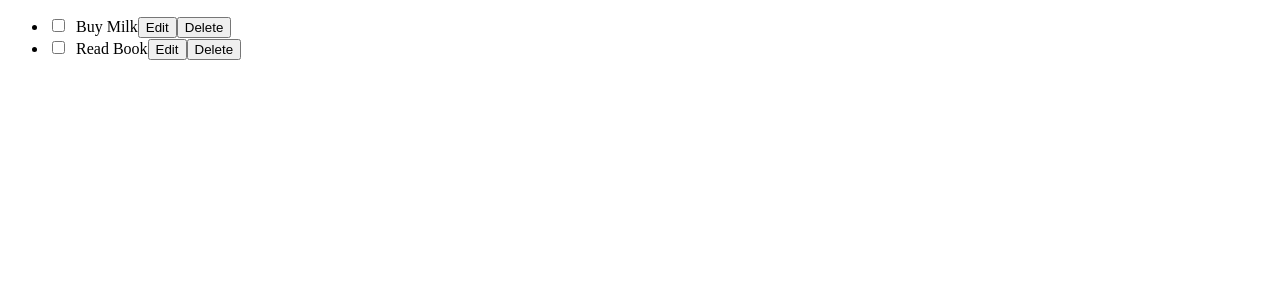
Repository: Vardhan1999/Daily-React-Apps
Page: /
The author's editor kept a copy of each file at every save. The page is drawn from the files as they stood at one save, then again after the next save.
The browser window is 1280 px wide. The pictures show the whole page.
The project was rebuilt for these pictures with package versions that can differ from the ones it lists, and the page was loaded fresh each time. Also part of the build but not shown: vite.config.js, src/index.css.

Above is the page before, as saved 2025-11-30 19:56:39.

After the next save:
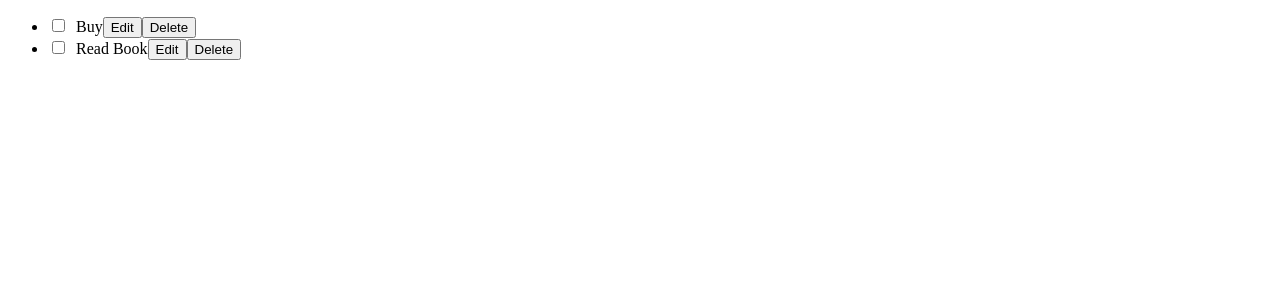
Saved 116 s later.
--- a/src/App.jsx
+++ b/src/App.jsx
@@ -2,7 +2,7 @@
 
 export default function App() {
     const [todos, setTodos] = useState([
-        { id: "t1", text: "Buy Milk", completed: false },
+        { id: "t1", text: "Buy", completed: false },
         { id: "t2", text: "Read Book", completed: false },
     ]);
 

After the save that followed:
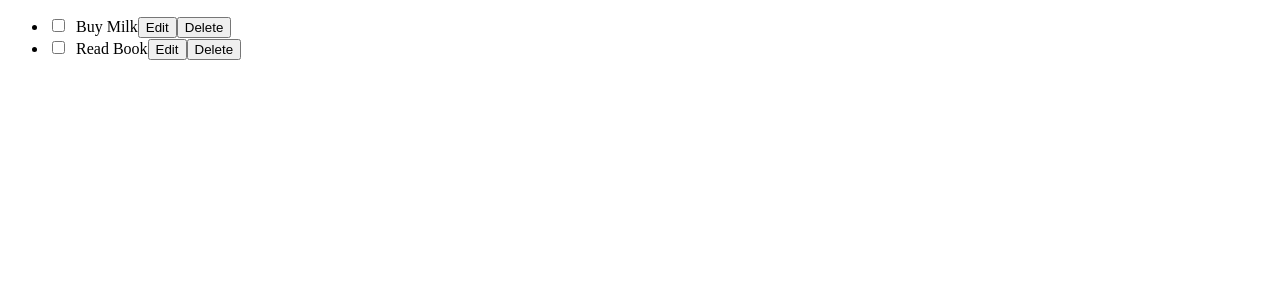
Saved 34 s later.
--- a/src/App.jsx
+++ b/src/App.jsx
@@ -2,7 +2,7 @@
 
 export default function App() {
     const [todos, setTodos] = useState([
-        { id: "t1", text: "Buy", completed: false },
+        { id: "t1", text: "Buy Milk", completed: false },
         { id: "t2", text: "Read Book", completed: false },
     ]);
 
